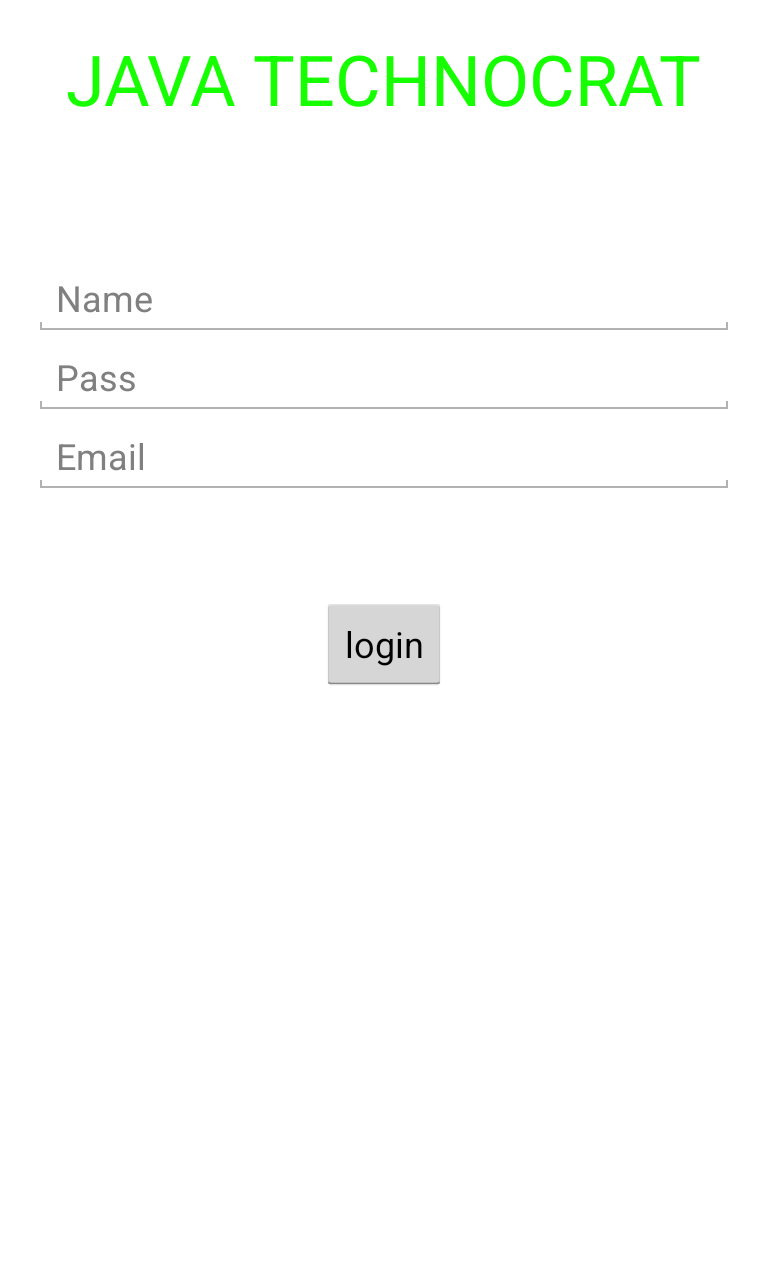
Repository: yashmoda/Android-Practice
Layout: sharedpreferencedemo1/res/layout/activity_main.xml
These files come from the project's save history. The layout is drawn as it stood at one moment and after the next save; the edit follows.
It is drawn on a 768 x 1280 px phone screen (xhdpi) without system bars, with theme AppTheme; the app's code is not run. The app's manifest (not shown) leaves right-to-left support off. So textAlignment, textDirection and layoutDirection are ignored, and left and right values win over start and end ones.

Above is the layout before, as saved 2017-06-17 07:37:41.

### sharedpreferencedemo1/res/layout/activity_main.xml
<RelativeLayout xmlns:android="http://schemas.android.com/apk/res/android"
    xmlns:tools="http://schemas.android.com/tools"
    android:layout_width="match_parent"
    android:layout_height="match_parent"
    android:paddingLeft="@dimen/activity_horizontal_margin"
   android:paddingRight="@dimen/activity_horizontal_margin"
   android:paddingTop="@dimen/activity_vertical_margin"
   android:paddingBottom="@dimen/activity_vertical_margin" tools:context=".MainActivity">



   <TextView
      android:layout_width="wrap_content"
      android:layout_height="wrap_content"
      android:text="JAVA TECHNOCRAT"
      android:id="@+id/textView2"
      android:layout_below="@+id/textView"
      android:layout_centerHorizontal="true"
      android:textSize="35dp"
      android:textColor="#ff16ff01" />

   <EditText
      android:layout_width="wrap_content"
      android:layout_height="wrap_content"
      android:id="@+id/editText"
      android:layout_below="@+id/textView2"
      android:layout_marginTop="67dp"
      android:hint="Name"
      android:layout_alignParentRight="true"
      android:layout_alignParentEnd="true"
      android:layout_alignParentLeft="true"
      android:layout_alignParentStart="true" />

   <EditText
      android:layout_width="wrap_content"
      android:layout_height="wrap_content"
      android:id="@+id/editText2"
      android:layout_below="@+id/editText"
      android:layout_alignParentLeft="true"
      android:layout_alignParentStart="true"
      android:layout_alignParentRight="true"
      android:layout_alignParentEnd="true"
      android:hint="Pass" />

   <EditText
      android:layout_width="wrap_content"
      android:layout_height="wrap_content"
      android:id="@+id/editText3"
      android:layout_below="@+id/editText2"
      android:layout_alignParentLeft="true"
      android:layout_alignParentStart="true"
      android:layout_alignParentRight="true"
      android:layout_alignParentEnd="true"
      android:hint="Email" />

   <Button
      android:layout_width="wrap_content"
      android:layout_height="wrap_content"
      android:text="login"
      android:id="@+id/button"
      android:layout_below="@+id/editText3"
      android:layout_centerHorizontal="true"
      android:layout_marginTop="50dp" />


</RelativeLayout>

Loaded but not shown: sharedpreferencedemo1/res/values/styles.xml (common file); sharedpreferencedemo1/res/values-v11/styles.xml (common file); sharedpreferencedemo1/res/values-v14/styles.xml (common file); sharedpreferencedemo1/res/values-w820dp/dimens.xml (common file); sharedpreferencedemo1/res/values/dimens.xml (common file)

After the next save:
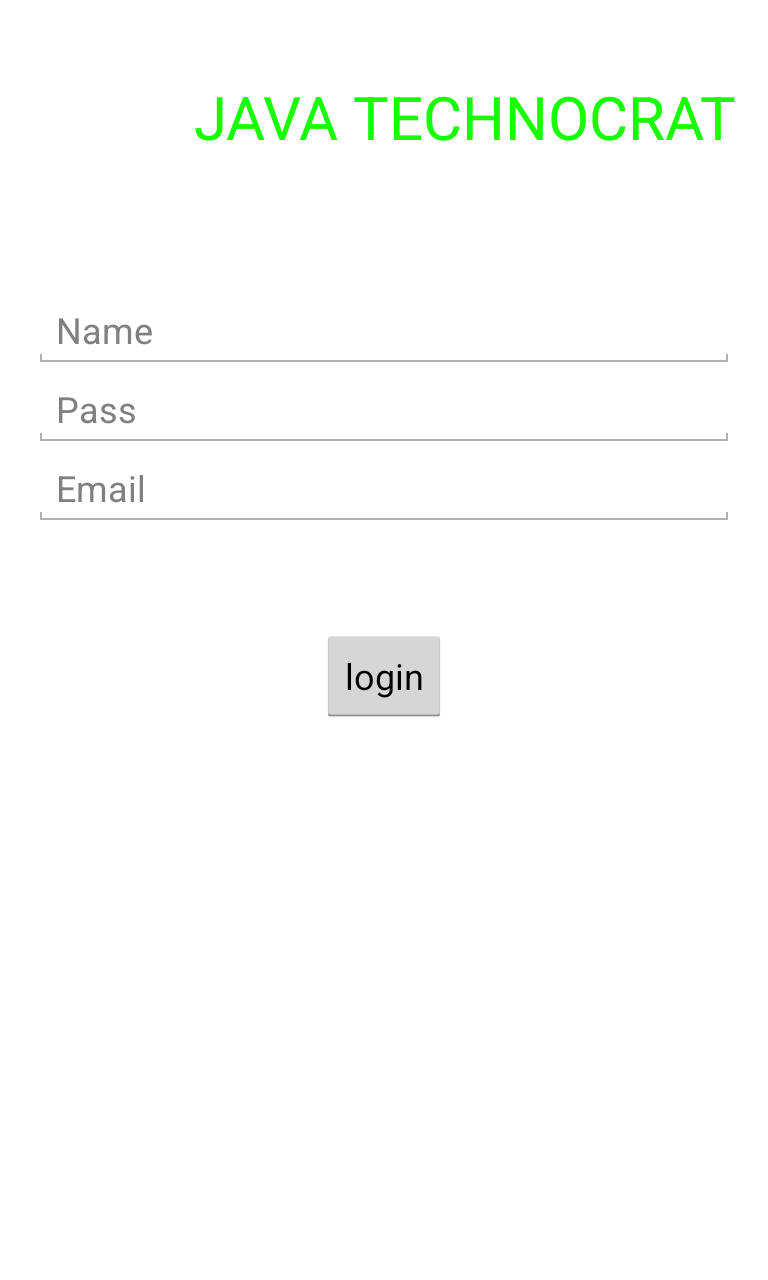
Saved 46 s later.
--- a/sharedpreferencedemo1/res/layout/activity_main.xml
+++ b/sharedpreferencedemo1/res/layout/activity_main.xml
@@ -6,18 +6,6 @@
    android:paddingRight="@dimen/activity_horizontal_margin"
    android:paddingTop="@dimen/activity_vertical_margin"
    android:paddingBottom="@dimen/activity_vertical_margin" tools:context=".MainActivity">
-
-
-
-   <TextView
-      android:layout_width="wrap_content"
-      android:layout_height="wrap_content"
-      android:text="JAVA TECHNOCRAT"
-      android:id="@+id/textView2"
-      android:layout_below="@+id/textView"
-      android:layout_centerHorizontal="true"
-      android:textSize="35dp"
-      android:textColor="#ff16ff01" />
 
    <EditText
       android:layout_width="wrap_content"
@@ -62,5 +50,15 @@
       android:layout_centerHorizontal="true"
       android:layout_marginTop="50dp" />
 
+   <TextView
+       android:id="@+id/textView2"
+       android:layout_width="wrap_content"
+       android:layout_height="wrap_content"
+       android:layout_alignParentRight="true"
+       android:layout_alignParentTop="true"
+       android:layout_marginTop="22dp"
+       android:text="JAVA TECHNOCRAT"
+       android:textColor="#ff16ff01"
+       android:textSize="30dp" />
 
 </RelativeLayout>
